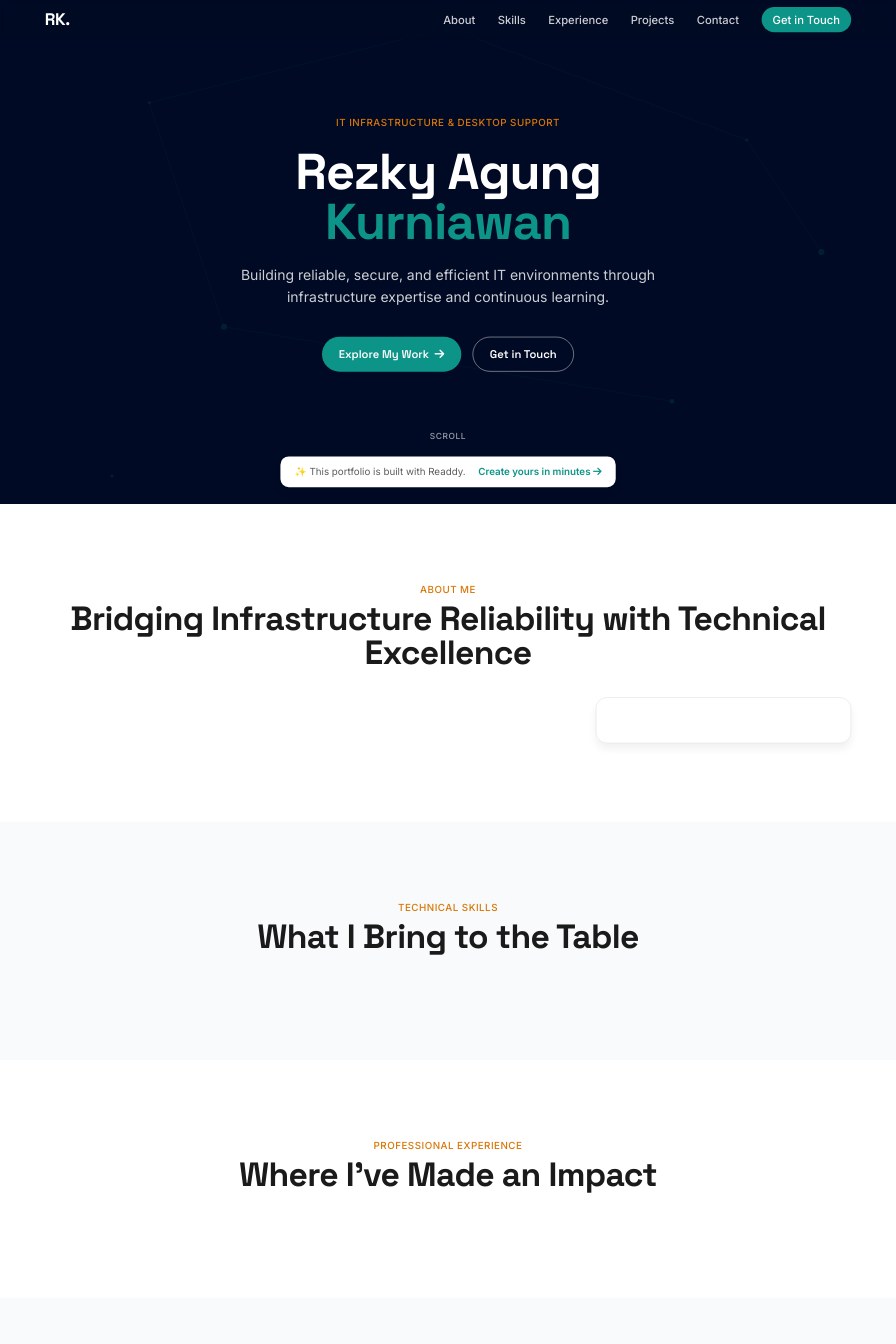
Repository: Warfail/portfolio-app
Page: backend/templates/index.html
An editor plug-in stored every save of this project. The page is shown before and after a run of saves, followed by the edit.
The browser window is 1280 px wide. The pictures show the part of the page from y = 0 to 1920 px (the page is 3143 px tall), at 70% of full size.
The page's requests for data from a server got no answer.

Above is the page before, as saved 2026-07-16 02:57:55.

After the next 2 saves:
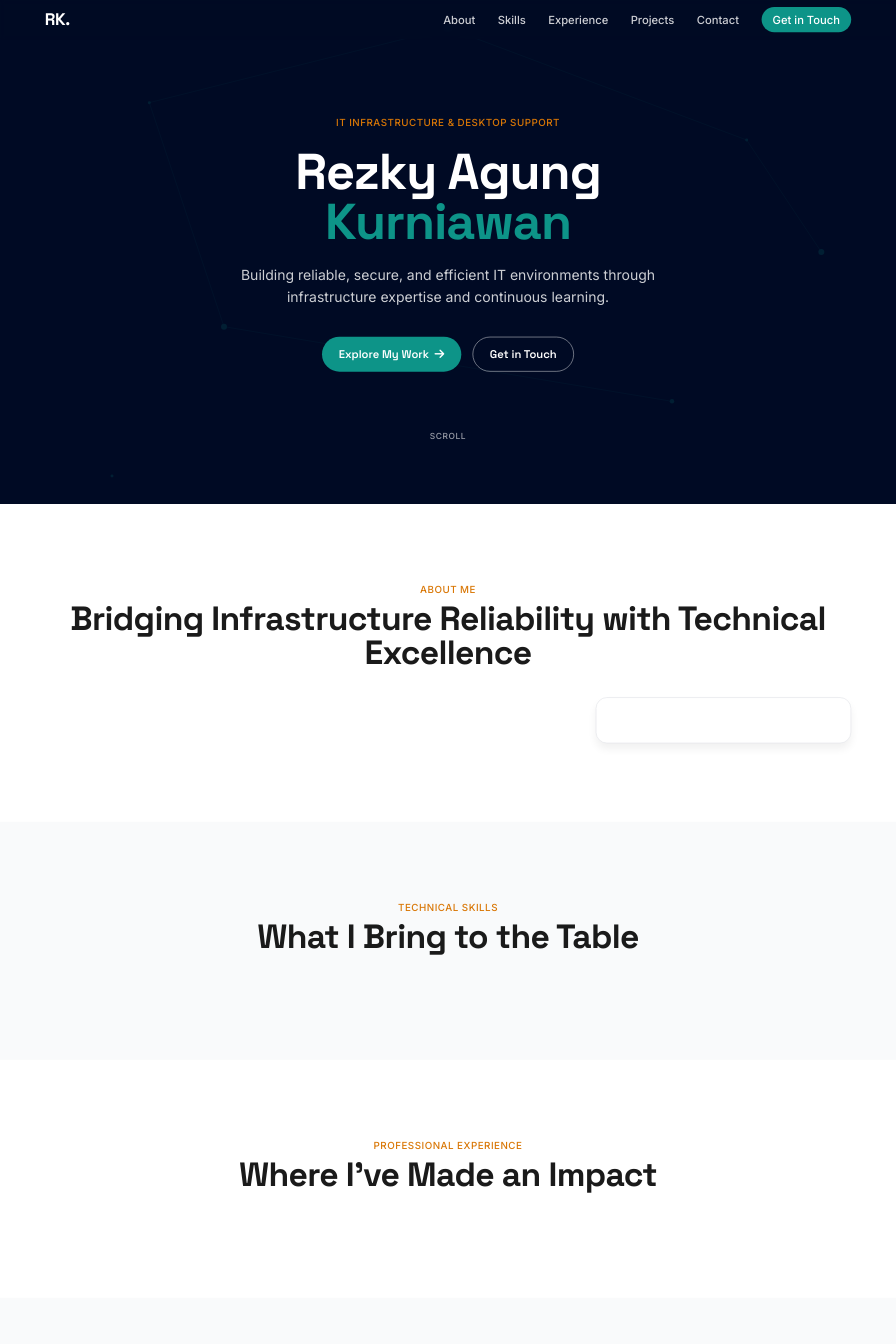
The 2 saves are shown as one change because they came seconds apart.
The last was saved 7 min 28 s later.
--- a/backend/templates/index.html
+++ b/backend/templates/index.html
@@ -139,10 +139,6 @@
     </footer>
 
     <!-- Notification Banner -->
-    <aside class="notification-banner" role="complementary" aria-label="Platform notice">
-        <span>✨ This portfolio is built with Readdy.</span>
-        <a href="#" target="_blank">Create yours in minutes <i class="fas fa-arrow-right"></i></a>
-    </aside>
 
     <script src="/static/js/main.js"></script>
 </body>
